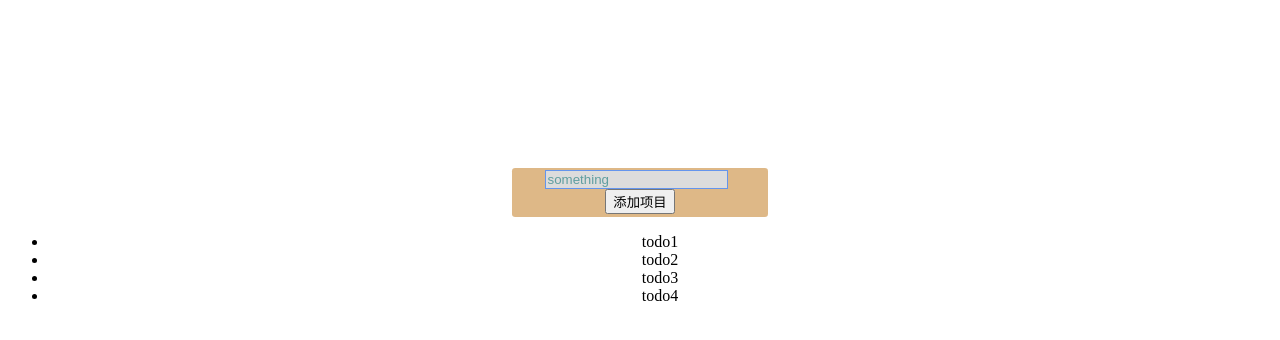
Repository: ArtemisWang/todolistProject
Page: /
These files come from the project's save history. The page is drawn as it stood at one moment and after the next save; the edit follows.
The browser window is 1280 px wide. The pictures show the whole page.
The project was rebuilt for these pictures with package versions that can differ from the ones it lists, and the page was loaded fresh each time.

Above is the page before, as saved 2020-02-28 21:43:36.

### src/App.js
import React,{useState} from 'react';
import './App.css'
const App=function(){

    const [list, setList]=useState(['todo1','todo2','todo3','todo4'])
    const [content, setContent]=useState('something')

    function addItem(){
        setList([...list,content])
        setContent('')
    }

    function changeContent(e){
        setContent(e.target.value)
        return content
    }

    function deleteItem(i){
        setList(list.filter((x,index)=>index!==i))
    }

    return (
    <div className='app'>
        <div className='input'>
            <input onChange={changeContent} value={content} className='input-text'/>
            <button onClick={addItem}>添加项目</button>
        </div>
        <div className='u-list'>
            <ul>
                {list.map((it,i)=>(<li key={it+i} onClick={deleteItem.bind(this,i)}>{it}</li>))}
            </ul>
        </div>
    </div>)
}




export default App

### src/App.css
.app{
    text-align: center;
    padding-top: 10rem;
}

.input{
    display: block;
    background-color: burlywood;
    width: 16rem;
    margin-left:auto;
    margin-right:auto;
    padding-top: 0.1rem;
    padding-bottom: 0.2rem;
    border-radius: .2rem;
}

.input-text{
    color: cadetblue;
    border: cornflowerblue solid 1px;
    display: inline-flex;
    margin-right: .5rem;
    background-color: gainsboro;
}

.but{
    border-radius: .4rem;

}

Loaded but not shown: public/index.html (common file); src/index.js (common file)

After the next save:
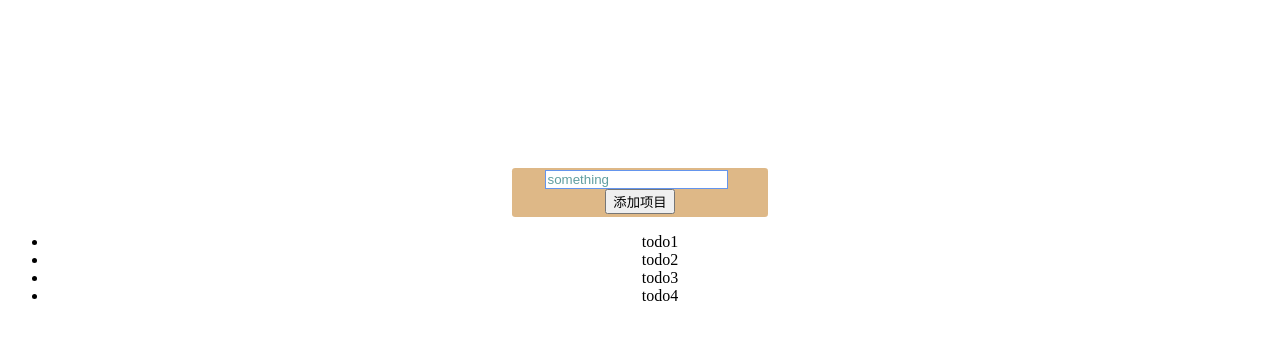
Saved 33 s later.
--- a/src/App.css
+++ b/src/App.css
@@ -19,10 +19,9 @@
     border: cornflowerblue solid 1px;
     display: inline-flex;
     margin-right: .5rem;
-    background-color: gainsboro;
 }
 
 .but{
     border-radius: .4rem;
-
+    color: gold;
 }
